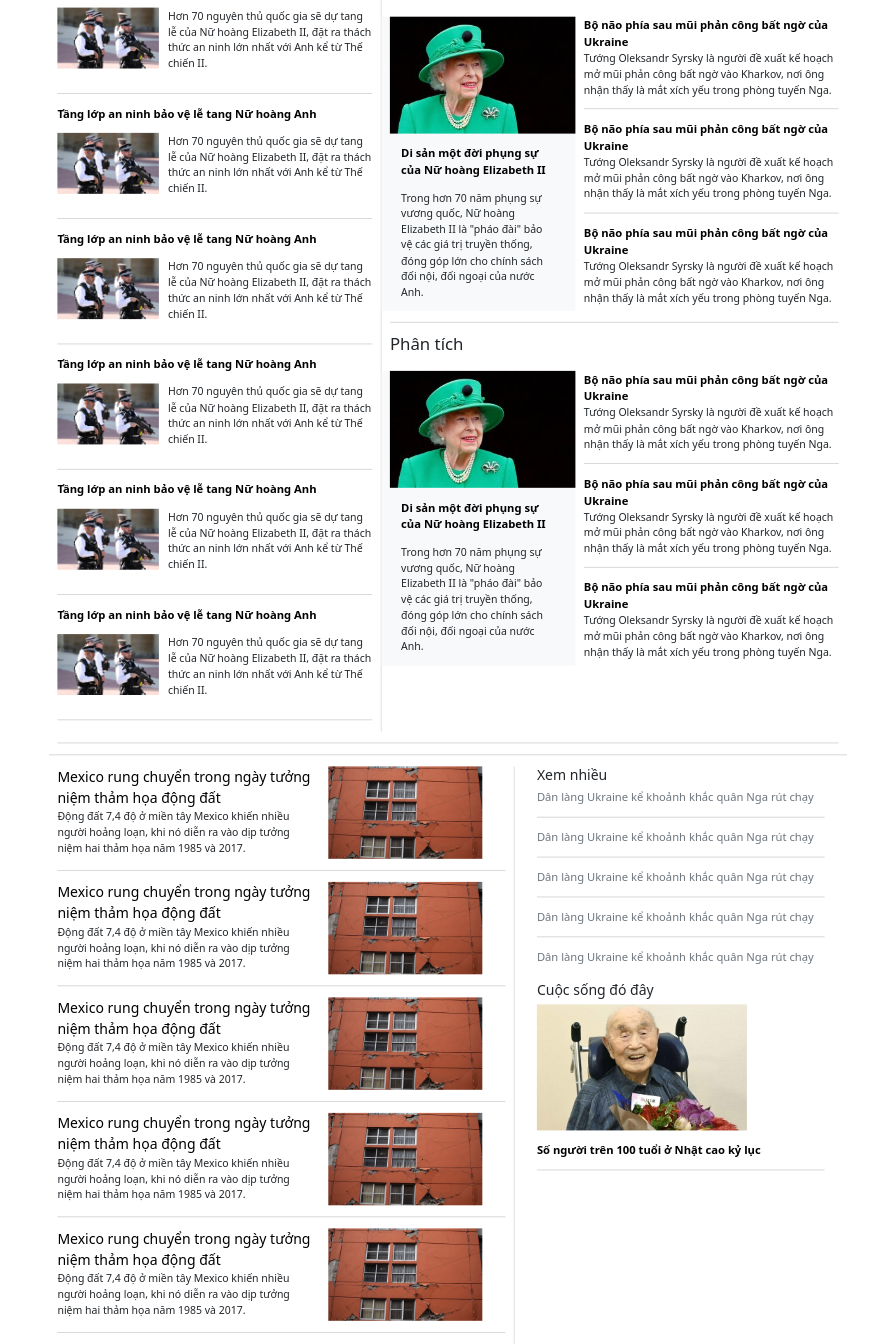
Repository: trongtamdev/lession1_html_sleepcloud
Page: vnExpress.html
These files come from the project's save history. The page is drawn as it stood at one moment and after a run of saves; the edit follows.
The browser window is 1280 px wide. The pictures show the part of the page from y = 707 to 2627 px (the page is 2627 px tall), at 70% of full size.

Above is the page before, as saved 2022-09-20 15:38:31.

After the next 5 saves:
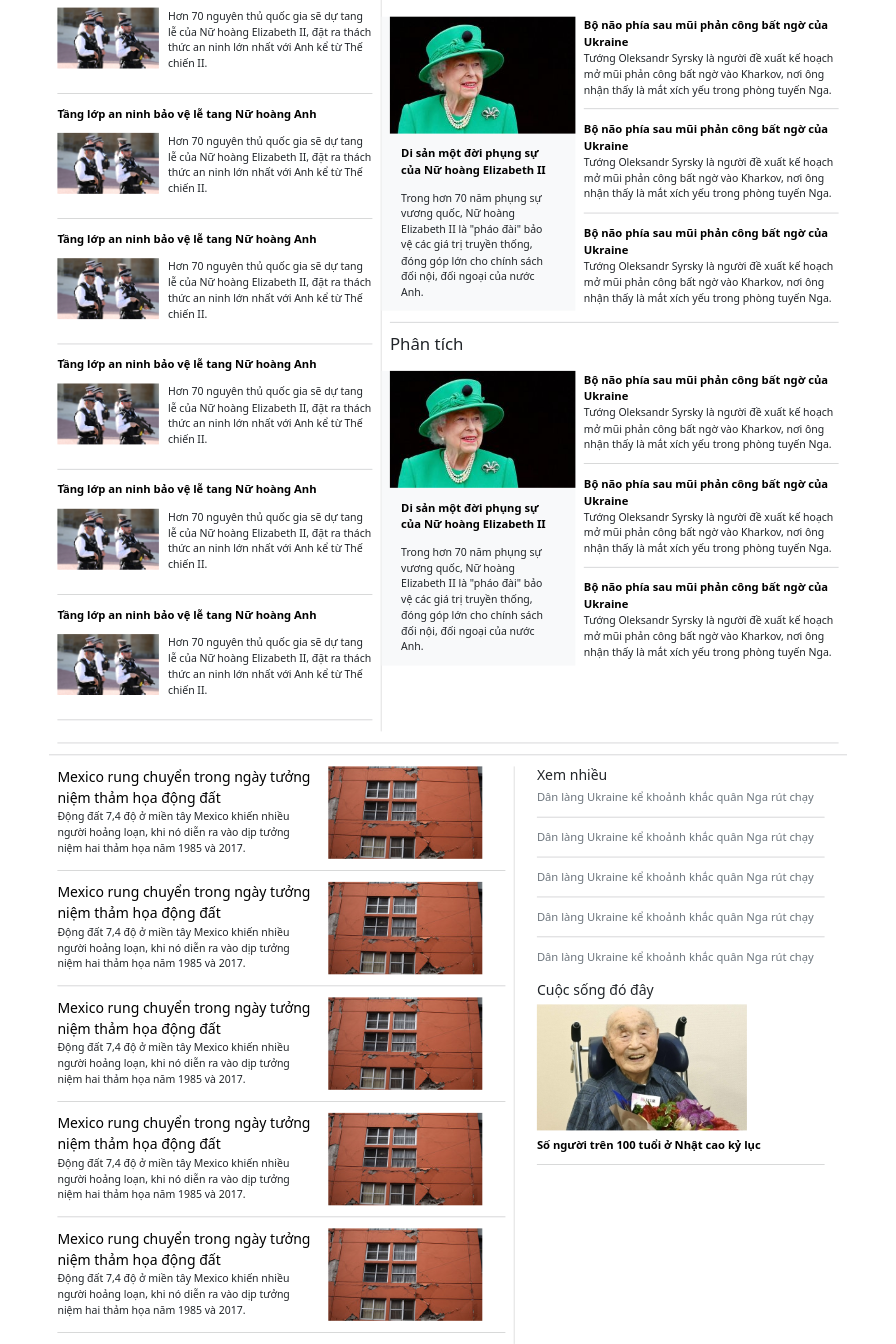
The 5 saves are shown as one change because they came seconds apart.
The last was saved 39 s later.
--- a/vnExpress.html
+++ b/vnExpress.html
@@ -495,12 +495,14 @@
 
             <div class="mt-3">
               <h5>Cuộc sống đó đây</h5>
-              <div class="mb-3">
+              <div class="">
                 <img src="./assets/vnEpressImage/side-content-medium.jpg" />
               </div>
-              <a class="title-post"
-                ><b>Số người trên 100 tuổi ở Nhật cao kỷ lục</b></a
-              >
+              <div class="my-2">
+                <a class="title-post"
+                  ><b>Số người trên 100 tuổi ở Nhật cao kỷ lục</b></a
+                >
+              </div>
               <hr />
             </div>
           </div>
